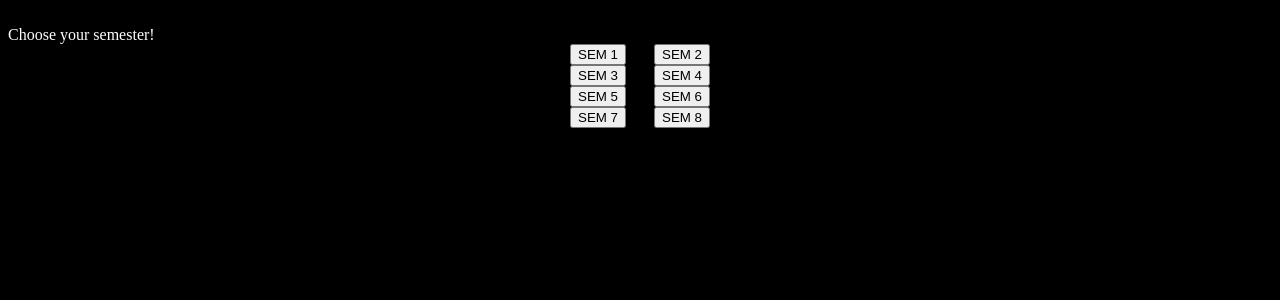
Repository: vigineshs/Mobile-Applications
Page: AnnaUniv GPA Calc/AnnaUniv GPA Calculator Updated/assets/www/reg08me.html
These files come from the project's save history. The page is drawn as it stood at one moment and after the next save; the edit follows.
The browser window is 1280 px wide. The pictures show the whole page.

Above is the page before, as saved 2012-05-06 03:26:44.

After the next save:
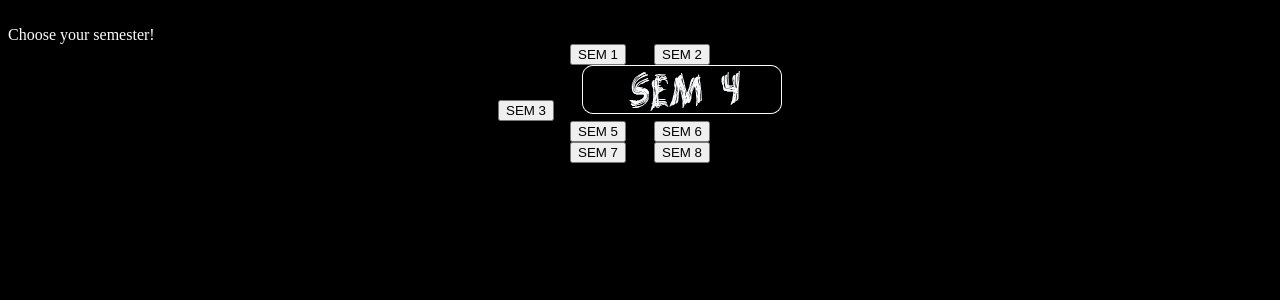
Saved 9 s later.
--- a/AnnaUniv GPA Calc/AnnaUniv GPA Calculator Updated/assets/www/reg08me.html
+++ b/AnnaUniv GPA Calc/AnnaUniv GPA Calculator Updated/assets/www/reg08me.html
@@ -10,7 +10,7 @@
 <a href="ece08sem1.html"><input type="button" value="SEM 1" /></a>&nbsp;&nbsp;&nbsp;&nbsp;&nbsp;&nbsp;
 <a href="mec08sem2.html"><input type="button" value="SEM 2" /></a><br />
 <a href="mec08sem3.html"><input type="button" value="SEM 3" /></a>&nbsp;&nbsp;&nbsp;&nbsp;&nbsp;&nbsp;
-<a href="mec08sem4.html"><input type="button" value="SEM 4" /></a><br />
+<a href="mec08sem4.html" onmouseover="document.contz.src='sem4.png'" onclick="document.contz.src='sem4.png'" onMouseOut="document.contz.src='sem41.png'" ><img src="sem41.png" name="contz" border="0" /></a><br />
 <a href="mec08sem5.html"><input type="button" value="SEM 5" /></a>&nbsp;&nbsp;&nbsp;&nbsp;&nbsp;&nbsp;
 <a href="mec08sem6.html"><input type="button" value="SEM 6" /></a><br />
 <a href="mec08sem7.html"><input type="button" value="SEM 7" /></a>&nbsp;&nbsp;&nbsp;&nbsp;&nbsp;&nbsp;
